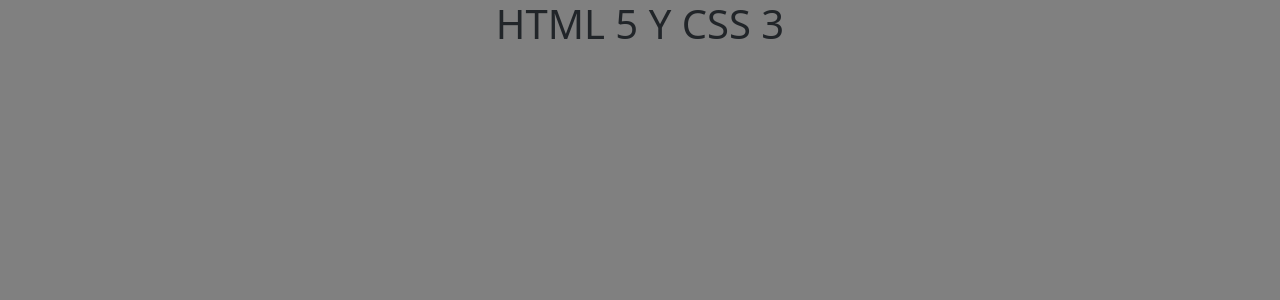
Repository: ScoggoDev/DesarrolloWeb
Page: tarea en equipo 1/ejercicio.html
These files come from the project's save history. The page is drawn as it stood at one moment and after the next save; the edit follows.
The browser window is 1280 px wide. The pictures show the whole page.

Above is the page before, as saved 2021-07-14 18:55:17.

### tarea en equipo 1/ejercicio.html
<!DOCTYPE html>
<html lang="en">
<head>
    <link rel="stylesheet" href="ejercicio.css">
    <meta charset="UTF-8">
    <meta http-equiv="X-UA-Compatible" content="IE=edge">
    <meta name="viewport" content="width=device-width, initial-scale=1.0">
    <link href="https://cdn.jsdelivr.net/npm/bootstrap@5.0.2/dist/css/bootstrap.min.css" rel="stylesheet" integrity="sha384-EVSTQN3/azprG1Anm3QDgpJLIm9Nao0Yz1ztcQTwFspd3yD65VohhpuuCOmLASjC" crossorigin="anonymous">
    <script src="https://cdn.jsdelivr.net/npm/bootstrap@5.0.2/dist/js/bootstrap.bundle.min.js" integrity="sha384-MrcW6ZMFYlzcLA8Nl+NtUVF0sA7MsXsP1UyJoMp4YLEuNSfAP+JcXn/tWtIaxVXM" crossorigin="anonymous"></script>
    <title>HTML y CSS</title>
</head>
<body style="background-color: grey;">
    <h1 style="text-align: center;">HTML 5 Y CSS 3</h1>
</body>
</html>

Loaded but not shown: tarea en equipo 1/ejercicio.css (common file)

After the next save:
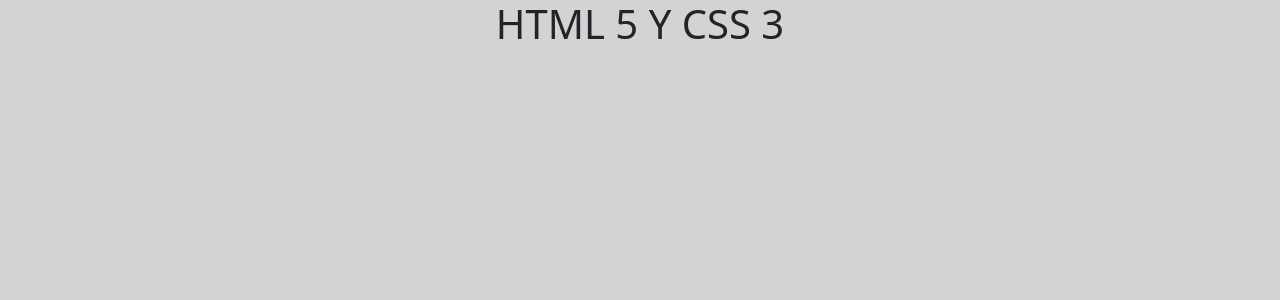
Saved 9 s later.
--- a/tarea en equipo 1/ejercicio.html
+++ b/tarea en equipo 1/ejercicio.html
@@ -9,7 +9,7 @@
     <script src="https://cdn.jsdelivr.net/npm/bootstrap@5.0.2/dist/js/bootstrap.bundle.min.js" integrity="sha384-MrcW6ZMFYlzcLA8Nl+NtUVF0sA7MsXsP1UyJoMp4YLEuNSfAP+JcXn/tWtIaxVXM" crossorigin="anonymous"></script>
     <title>HTML y CSS</title>
 </head>
-<body style="background-color: grey;">
+<body style="background-color: lightgray;">
     <h1 style="text-align: center;">HTML 5 Y CSS 3</h1>
 </body>
 </html>
